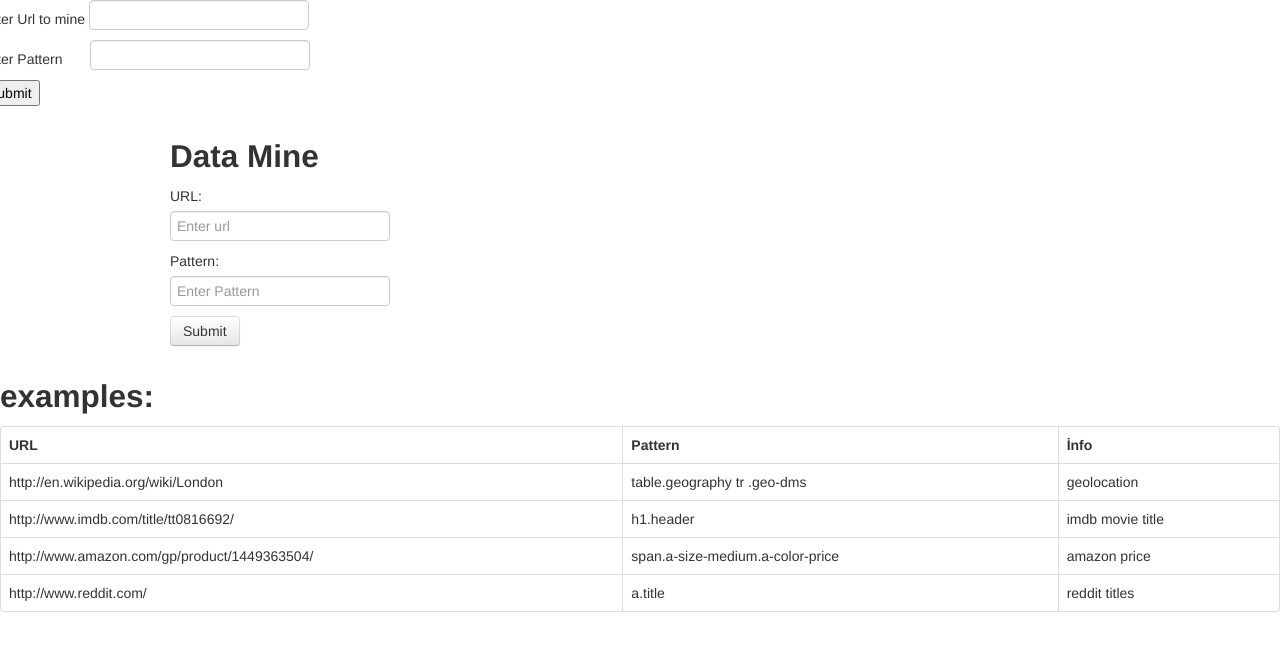
Repository: nerginer/datamine
Page: client/index.html
The author's editor kept a record of every edit. The page is drawn from the files as they stood at one moment, then again after the next edit.
The browser window is 1280 px wide. The pictures show the whole page.

Above is the page before.

After the next edit:
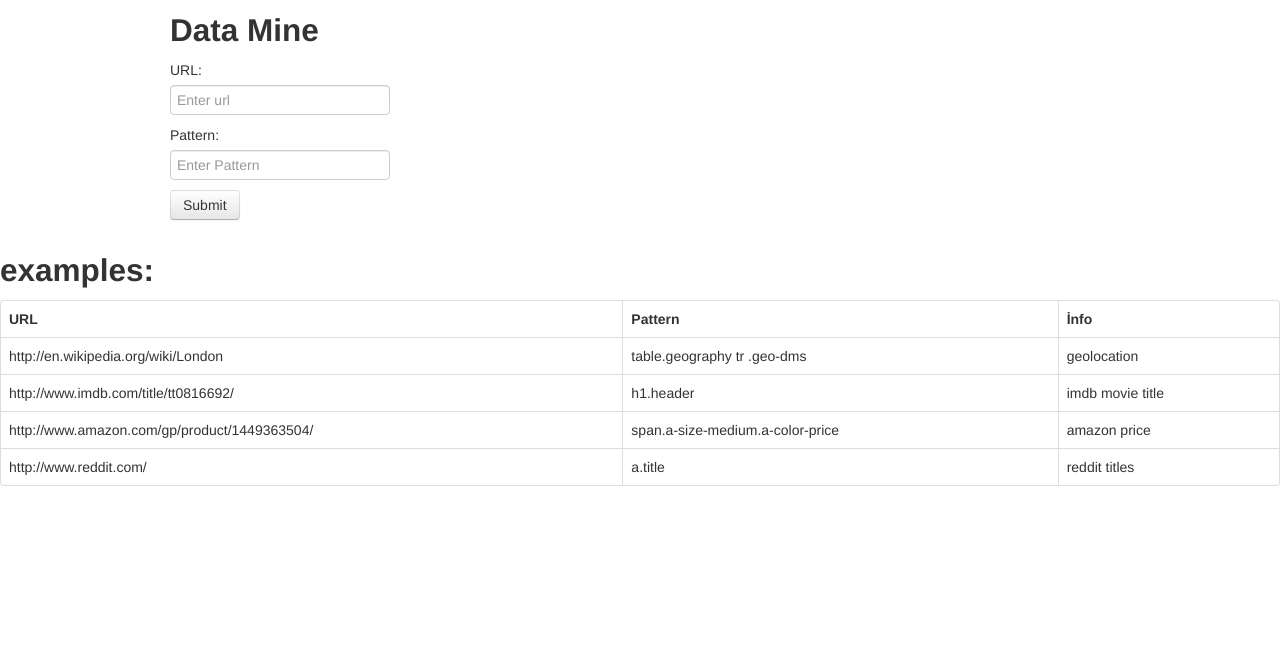
The edit:
--- a/client/index.html
+++ b/client/index.html
@@ -6,20 +6,7 @@
 <link rel="stylesheet" type="text/css" href="css/bootstrap.min.css">
 </head>
 <body>
-<div class="col col-buffer row top-buffer">
- <div class="form-group">
 
-            <form action="/" method="post">
-               Enter Url to mine
-               <input type="text" name="URL"  />
-               <br>
-               Enter Pattern&nbsp;&nbsp;&nbsp;&nbsp;&nbsp;&nbsp;
-               <input type="text" name="Pattern"  />
-               <br>
-
-               <button type="submit">Submit</button>
- </div>           </form>
-</div>
 
 <div class="container">
       <h2>Data Mine</h2>
